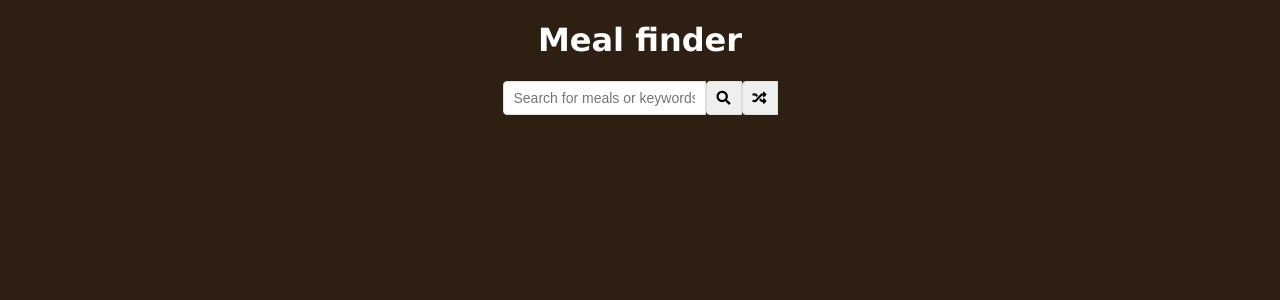
Repository: atko87/meal-finder
Page: index.html
The author's editor kept a copy of each file at every save. The page is drawn from the files as they stood at one save, then again after the next save.
The browser window is 1280 px wide. The pictures show the whole page.
Some web libraries are served in a nearby version.

Above is the page before, as saved 2020-04-21 20:55:28.

### index.html
<!DOCTYPE html>
<html lang="en">
  <head>
    <meta charset="UTF-8" />
    <meta name="viewport" content="width=device-width, initial-scale=1.0" />
    <title>Meal Finder</title>
    <link
      rel="stylesheet"
      href="https://cdnjs.cloudflare.com/ajax/libs/font-awesome/5.10.2/css/all.min.css"
    />
    <link rel="stylesheet" href="style.css" />
  </head>
  <body>
    <div class="container">
      <h1>Meal finder</h1>
      <div class="flex">
        <form class="flex" id="submit">
          <input
            type="text"
            id="search"
            placeholder="Search for meals or keywords"
          />
          <button class="search-btn" type="submit">
            <i class="fas fa-search"></i>
          </button>
        </form>
        <button class="random-btn" id="random">
          <i class="fas fa-random"></i>
        </button>
      </div>

      <div id="result-heading"></div>
      <div id="meals" class="meals"></div>
      <div id="single-meal"></div>
    </div>

    <script src="script.js"></script>
  </body>
</html>

### style.css
* {
  box-sizing: border-box;
}

body {
  background: #2d2013;
  color: #fff;
  font-family: Verdana, Geneva, Tahoma, sans-serif;
  margin: 0;
}
.container {
  margin: auto;
  max-width: 800px;
  display: flex;
  flex-direction: column;
  align-items: center;
  justify-content: center;
  text-align: center;
}

.flex {
  display: flex;
}

input,
button {
  border: 1px solid #dedede;
  border-top-left-radius: 4px;
  border-bottom-left-radius: 4px;
  font-size: 14px;
  padding: 8px 10px;
  margin: 0;
}

Loaded but not shown: script.js (no copy from this time; the picture is the same without it)

After the next save:
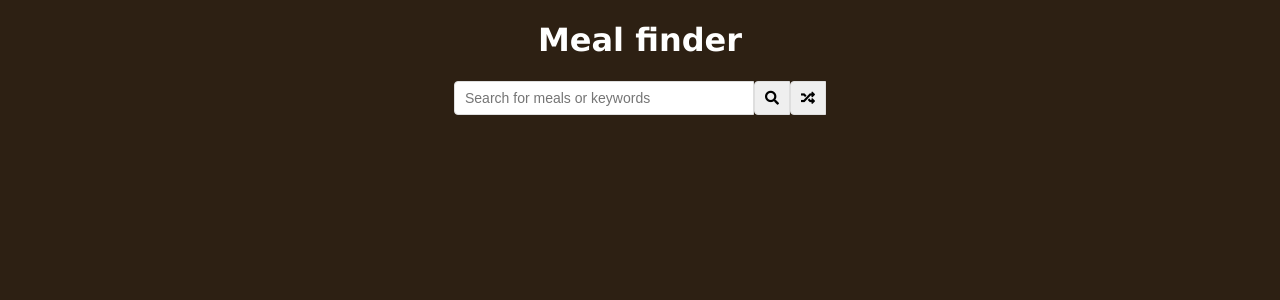
Saved 44 s later.
--- a/style.css
+++ b/style.css
@@ -31,3 +31,7 @@ button {
   padding: 8px 10px;
   margin: 0;
 }
+
+input[type="text"] {
+  width: 300px;
+}
